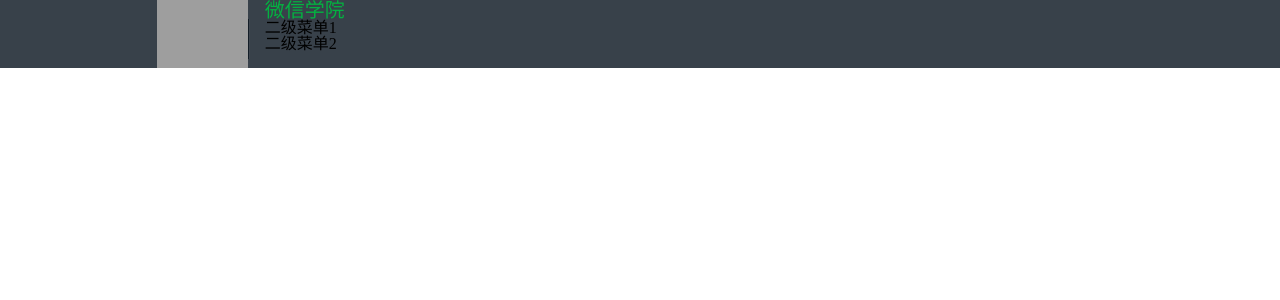
Repository: A1LExX/H5_study_set
Page: tencentUniversity/index.html
The author's editor kept a copy of each file at every save. The page is drawn from the files as they stood at one save, then again after the next save.
The browser window is 1280 px wide. The pictures show the whole page.
Pictures or frames that could not be fetched are drawn as grey boxes.

Above is the page before, as saved 2021-07-03 10:18:43.

### tencentUniversity/index.html
<!--
@author [Alex Wei]
@email [w2262196@outlook.com]
@create date 2021-07-03 09:03:57
@modify date 2021-07-03 10:17:48
@desc [description]
-->
<!DOCTYPE html>
<html lang="en">
<head>
    <meta charset="UTF-8">
    <meta http-equiv="X-UA-Compatible" content="IE=edge">
    <meta name="viewport" content="width=device-width, initial-scale=1.0">
    <!-- 引入重制样式表 -->
    <link rel="stylesheet" href="./css/reset.css">
    <!-- 引入当前页面样式表 -->
    <link rel="stylesheet" href="./css/index.css">
    <title>index</title>
</head>
<body>
    <!-- 页眉 -->
    <div id="header">
        <div class="headerMid container clearfix">
            <div class="logo"><img src="./images/logo_02.jpg" alt=""></div>
            <div class="logoBorder left"></div>
            <div class="logoBorder right"></div>
            <div class="downList">
                <ul>
                    <li class="first">微信学院</li>
                    <li class="down">二级菜单1</li>
                    <li class="down">二级菜单2</li>
                </ul>
            </div>
            <div class="search"></div>
        </div>
    </div>
    <!-- 导航 -->
    <div id="nav"></div>
    <!-- 轮播图 -->
    <div id="banner"></div>
    <!-- 分类 -->
    <div id="class"></div>
    <!-- 页脚 -->
    <div id="footer"></div>
</body>
</html>

### tencentUniversity/css/reset.css
/* http://meyerweb.com/eric/tools/css/reset/
   v2.0 | 20110126
   License: none (public domain)
*/

html, body, div, span, applet, object, iframe,
h1, h2, h3, h4, h5, h6, p, blockquote, pre,
a, abbr, acronym, address, big, cite, code,
del, dfn, em, img, ins, kbd, q, s, samp,
small, strike, strong, sub, sup, tt, var,
b, u, i, center,
dl, dt, dd, ol, ul, li,
fieldset, form, label, legend,
table, caption, tbody, tfoot, thead, tr, th, td,
article, aside, canvas, details, embed,
figure, figcaption, footer, header, hgroup,
menu, nav, output, ruby, section, summary,
time, mark, audio, video {
	margin: 0;
	padding: 0;
	border: 0;
	font-size: 100%;
	font: inherit;
	/* vertical-align: middle; */
}
/* HTML5 display-role reset for older browsers */
article, aside, details, figcaption, figure,
footer, header, hgroup, menu, nav, section {
	display: block;
}
body {
	line-height: 1;
}
ol, ul {
	list-style: none;
}
blockquote, q {
	quotes: none;
}
blockquote:before, blockquote:after,
q:before, q:after {
	content: '';
	content: none;
}
table {
	border-collapse: collapse;
	border-spacing: 0;
}
a{
    text-decoration: none;
    color: inherit;
}
a:hover{
	color: red;
}
input,button{
	border: 0px solid;
	padding: 0;
	margin: 0;
}

### tencentUniversity/css/index.css
/**
 * @author [Alex Wei]
 * @email [w2262196@outlook.com]
 * @create date 2021-07-03 09:46:10
 * @modify date 2021-07-03 10:18:43
 * @desc [description]
 */
/* 版心 */
.container{
    min-width: 1010px;
    margin: 0 auto;
}

/* 消除浮动的影响 */
.clearfix::after{
    content: '';
    display: block;
    height: 0;
    clear: both;
}

html,body{
    width: 100%;
}

/* 测试类 */
.test{
    border: 1px solid red;
}

/* 页眉 */
#header{
    background-color: #38414a;
}

#header .headerMid{
    width: 1010px;
}

#header .logo{
    margin-left: 22px;
    height: 68px;
}

#header .logo img{
    width: 100%;
    height: 100%;
}

.logoBorder{
    width: 1px;
    height: 40px;
    float: left;
    margin-top: 19px;
}

#header .left{
    background-color: #131d27;
}

#header .right{
    background-color: #3f4750;
    margin-right: 15px;
}

.logo,.downList{
    float: left;
}

.downList .first{
    color: #04b141;
    font-size: 20px;
}

.downList li{
   width: 80px;
}

.search{
    float: right;
}

After the next save:
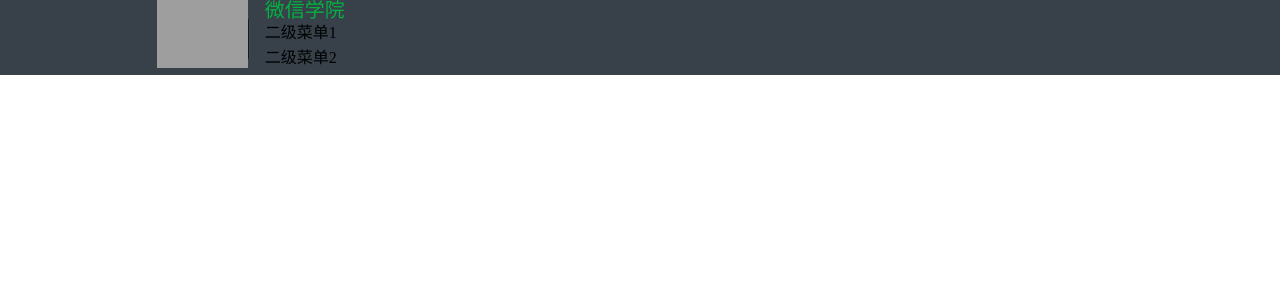
Saved 10 s later.
--- a/tencentUniversity/css/index.css
+++ b/tencentUniversity/css/index.css
@@ -2,7 +2,7 @@
  * @author [Alex Wei]
  * @email [w2262196@outlook.com]
  * @create date 2021-07-03 09:46:10
- * @modify date 2021-07-03 10:18:43
+ * @modify date 2021-07-03 10:18:53
  * @desc [description]
  */
 /* 版心 */
@@ -74,6 +74,7 @@ html,body{
 
 .downList li{
    width: 80px;
+   height: 25px;
 }
 
 .search{
